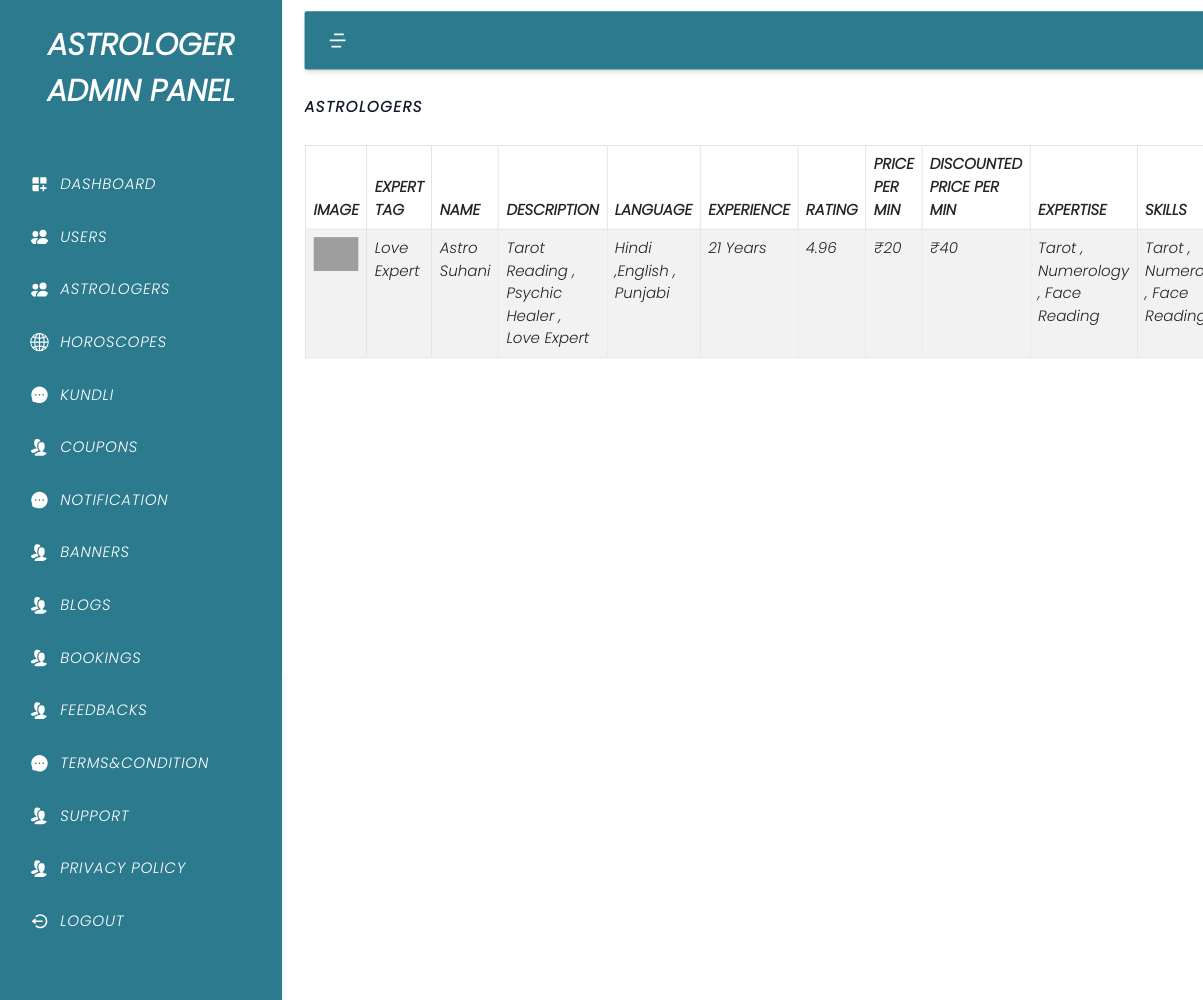
Repository: FlyweisReact/Hariom-Admin-Panel
Page: /astro
The author's editor kept a copy of each file at every save. The page is drawn from the files as they stood at one save, then again after a run of saves.
The browser window is 1280 px wide. The pictures show the whole page, at 94% of full size.
Pictures or frames that could not be fetched are drawn as grey boxes. Some web libraries are served in a nearby version. The project was rebuilt for these pictures with package versions that can differ from the ones it lists, and the page was loaded fresh each time. Also part of the build but not shown: src/vendorPanel/forms/VendorLogin.jsx, src/vendorPanel/pages/AdminDiscount.js, src/vendorPanel/pages/AdminReview.js, src/vendorPanel/pages/Banners.js, src/vendorPanel/pages/Booking.js, src/vendorPanel/pages/Horoscope.js, src/vendorPanel/pages/Kundli.js, src/vendorPanel/pages/Message.js and 23 more.

Above is the page before, as saved 2023-04-18 12:43:34.

### public/index.html
<!-- @format -->

<!DOCTYPE html>
<html lang="en">
  <head>
    <meta charset="utf-8" />
    <meta name="viewport" content="width=device-width, initial-scale=1" />
    <meta name="theme-color" content="#000000" />
    <meta
      name="description"
      content="Web site created using create-react-app"
    />
    <link rel="apple-touch-icon" href="%PUBLIC_URL%/favicon.ico?v=2" />
    <link rel="manifest" href="%PUBLIC_URL%/manifest.json" />
    <link rel="preconnect" href="https://fonts.googleapis.com">
<link rel="preconnect" href="https://fonts.gstatic.com" crossorigin>
<link href="https://fonts.googleapis.com/css2?family=Roboto+Mono:ital,wght@1,300&display=swap" rel="stylesheet">
    <title>HariOm</title>
  </head>
  <body>
    <noscript>You need to enable JavaScript to run this app.</noscript>
    <div id="root"></div>
    <script src="https://code.jquery.com/jquery-3.6.0.min.js"></script>
    <script src="https://kit.fontawesome.com/b533b351e4.js" crossorigin="anonymous"></script>
  </body>
</html>

### src/index.js
import React from "react";
import ReactDOM from "react-dom/client";
import "./index.css";
import App from "./App";
import { BrowserRouter } from "react-router-dom";
import 'bootstrap/dist/css/bootstrap.min.css'

const root = ReactDOM.createRoot(document.getElementById("root"));
root.render(
  <React.StrictMode>
    <BrowserRouter>
      <App />
    </BrowserRouter>
  </React.StrictMode>
);

### src/index.css
/** @format */

@tailwind base;
@tailwind components;
@tailwind utilities;
@import url("https://fonts.googleapis.com/css2?family=Roboto+Mono:ital,wght@1,300&display=swap");
@font-face {
  font-family: Roboto;
  src: url("./Fonts/Poppins-LightItalic.ttf");
}
body {
  margin: 0;
  font-family: Roboto !important;
  -webkit-font-smoothing: antialiased;
  -moz-osx-font-smoothing: grayscale;
}

code {
  font-family: Roboto !important;
}

html {
  font-family: Roboto !important;
}

::-webkit-scrollbar {
  width: 10px;
}
.fa-trash {
  color: red;
  cursor: pointer;
}

.iCOn {

  transition: 0.5s;
  box-shadow: none;
  transform: scale(1);
}
.cardDiv{
  cursor: pointer;
}

.cardDiv:hover .iCOn{
  box-shadow: rgba(0, 0, 0, 0.35) 0px 5px 15px;
  transform: scale(1.3);
}

/* Track */
::-webkit-scrollbar-track {
  background: #f1f1f1;
}

/* Handle */
::-webkit-scrollbar-thumb {
  background: #888;
}

/* Handle on hover */
::-webkit-scrollbar-thumb:hover {
  background: #555;
}
.profileImage {
  width: 100px;
}
.fa-eye {
  color: #029aff;
  cursor: pointer;
}
.fa-edit {
  cursor: pointer;
  color: blue;
}

.View {
  border: 1px solid black;
  width: 100%;
  padding: 10px;
}

.main-card--container {
  display: grid;
  grid-template-columns: repeat(3, minmax(300px, 500px));
  grid-gap: 50px;
  justify-content: space-around;
}
.card-container {
  margin: 25px 0 auto;
  box-shadow: rgba(0, 0, 0, 0.35) 0px 5px 15px;
  position: relative;
  display: grid;
  grid-template-columns: 1fr;
  justify-content: space-around;
  align-items: flex-start;
}

.myEdit:focus {
  box-shadow: rgba(0, 0, 0, 0.35) 0px 5px 15px;
}



.AstroLogin{
  color: #fff;
  background-color: #2b7a8e;
  padding: 10px;
  width: 380px;
  text-align: center;
  font-size: 20px;
  background: linear-gradient(to left, #2b7a8e 50%, #fff 50%) right;
  background-size: 200%;
  transition: 0.5s ease-out;
  border: 1px solid #2b7a8e;
  margin-top: 10px;
  text-transform: uppercase;
}
.AstroLogin:hover {
  background-position: left;
  color: #2b7a8e;
}

.EcommerceAdminLogin{
  color: #fff;
  background-color: #19376d ;
  padding: 10px;
  width: 380px;
  text-align: center;
  font-size: 20px;
  background: linear-gradient(to left, #19376d 50%, #fff 50%) right;
  background-size: 200%;
  transition: 0.5s ease-out;
  border: 1px solid #19376d;
  margin-top: 10px;
  text-transform: uppercase;
}

.EcommerceAdminLogin:hover{
  background-position: left;
  color: #19376d;
}
.EcommerceVendorLogin{
  color: #fff;
  background-color: #576cbc;
  padding: 10px;
  width: 380px;
  text-align: center;
  font-size: 20px;
  background: linear-gradient(to left, #576cbc 50%, #fff 50%) right;
  background-size: 200%;
  transition: 0.5s ease-out;
  border: 1px solid #576cbc;
  margin-top: 10px;
  text-transform: uppercase;
}

.EcommerceVendorLogin:hover{
  background-position: left;
  color: #576cbc;
}

### src/vendorPanel/pages/Astrologers.js
/** @format */

import React, { useState } from "react";
import HOC from "../layout/HOC";
import { Table, Modal, Form, Button, Container } from "react-bootstrap";

const Astrologers = () => {
  const [modalShow, setModalShow] = React.useState(false);
  const [viewModal, setViewModal] = useState(false);

  // Add Astrologer
  function MyVerticallyCenteredModal(props) {
    return (
      <Modal
        {...props}
        size="lg"
        aria-labelledby="contained-modal-title-vcenter"
        centered
      >
        <Modal.Header closeButton>
          <Modal.Title id="contained-modal-title-vcenter" style={{textTransform : 'uppercase'}}>
            Add Astrologer
          </Modal.Title>
        </Modal.Header>
        <Modal.Body>
          <Form>
            <Form.Group className="mb-3">
              <Form.Label>Image</Form.Label>
              <Form.Control type="text" required />
            </Form.Group>
            <Form.Group className="mb-3">
              <Form.Label>Expert Tag</Form.Label>
              <Form.Control type="text" required />
            </Form.Group>
            <Form.Group className="mb-3">
              <Form.Label>Name</Form.Label>
              <Form.Control type="text" required />
            </Form.Group>
            <Form.Group className="mb-3">
              <Form.Label>Description</Form.Label>
              <Form.Control type="text" required />
            </Form.Group>
            <Form.Group className="mb-3">
              <Form.Label>Language</Form.Label>
              <Form.Control type="text" required />
            </Form.Group>
            <Form.Group className="mb-3">
              <Form.Label>Experience</Form.Label>
              <Form.Control type="text" required />
            </Form.Group>
            <Form.Group className="mb-3">
              <Form.Label>Rating</Form.Label>
              <Form.Control type="text" required />
            </Form.Group>
            <Form.Group className="mb-3">
              <Form.Label>Price per min</Form.Label>
              <Form.Control type="text" required />
            </Form.Group>
            <Form.Group className="mb-3">
              <Form.Label>Discounted Price per min</Form.Label>
              <Form.Control type="text" required />
            </Form.Group>
            <Form.Group className="mb-3">
              <Form.Label>Expertise</Form.Label>
              <Form.Control type="text" required />
            </Form.Group>
            <Form.Group className="mb-3">
              <Form.Label>Skills</Form.Label>
              <Form.Control type="text" required />
            </Form.Group>
            <Form.Group className="mb-3">
              <Form.Label>Min. of consultation</Form.Label>
              <Form.Control type="text" required />
            </Form.Group>
            <Form.Group className="mb-3">
              <Form.Label>About</Form.Label>
              <Form.Control type="text" required />
            </Form.Group>
            <Button variant="outline-success" type="submit">
              Submit
            </Button>
          </Form>
        </Modal.Body>
      </Modal>
    );
  }

  // View Astrolger
  function ViewModal(props) {
    return (
      <Modal
        {...props}
        size="lg"
        aria-labelledby="contained-modal-title-vcenter"
        centered
      >
        <Modal.Header closeButton>
          <Modal.Title id="contained-modal-title-vcenter" style={{textTransform : 'uppercase'}}>
            View Astrologer
          </Modal.Title>
        </Modal.Header>
        <Modal.Body>
          <Container>
            <p className="View">
              {" "}
              <strong>Name </strong> : Demo{" "}
            </p>
            <p className="View">
              {" "}
              <strong> Expert Tag </strong> : Demo{" "}
            </p>
            <p className="View">
              {" "}
              <strong> Description </strong> : Lorem Ipsum is simply dummy text
              of the printing and typesetting industry. Lorem Ipsum has been the
              industry'sstandard dummy text ever since the 1500s, when an
              unknown printer took a galley of type and scrambled it to make a
              type{" "}
            </p>
            <p className="View">
              {" "}
              <strong> Language </strong> : Demo{" "}
            </p>
            <p className="View">
              {" "}
              <strong> Experience</strong> : Demo{" "}
            </p>
            <p className="View">
              {" "}
              <strong> Rating</strong> : Demo{" "}
            </p>
            <p className="View">
              {" "}
              <strong> Price per min </strong> : Demo{" "}
            </p>
            <p className="View">
              {" "}
              <strong>Discounted Price per min</strong> : Demo{" "}
            </p>
            <p className="View">
              {" "}
              <strong> Expertise </strong> : Demo{" "}
            </p>
            <p className="View">
              {" "}
              <strong> Skills </strong> : Demo{" "}
            </p>
            <p className="View">
              {" "}
              <strong> Min. of consultation </strong> : Demo{" "}
            </p>
            <p className="View">
              {" "}
              <strong> About</strong> : Demo{" "}
            </p>
          </Container>
        </Modal.Body>
      </Modal>
    );
  }

  const Lorem =
    "Lorem Ipsum is simply dummy text of the printing and typesetting industry. Lorem Ipsum has been the industry'sstandard dummy text ever since the 1500s, when an unknown printer took a galley of type and scrambled it to make a type";

  return (
    <>
      <MyVerticallyCenteredModal
        show={modalShow}
        onHide={() => setModalShow(false)}
      />
      <ViewModal show={viewModal} onHide={() => setViewModal(false)} />

      <section>
        <div className="pb-4 sticky top-0  w-full flex justify-between items-center bg-white">
          <span className="tracking-widest text-slate-900 font-semibold uppercase ">
            Astrologers
          </span>
          <button
            onClick={() => {
              setModalShow(true);
            }}
            className="md:py-2 px-3 md:px-4 py-1 rounded-sm bg-[rgb(241,146,46)] text-white tracking-wider"
            style={{ textTransform: "uppercase" }}
          >
            Add Astrologers
          </button>
        </div>

        <div className="wcomp overflow-x-auto">
          <Table striped bordered hover>
            <thead>
              <tr style={{ textTransform: "uppercase" }}>
                <th>Image</th>
                <th>Expert Tag</th>
                <th>Name</th>
                <th>Description</th>
                <th>Language</th>
                <th>Experience</th>
                <th>Rating</th>
                <th>Price per min</th>
                <th>Discounted Price per min</th>
                <th>Expertise</th>
                <th>Skills</th>
                <th>Min. of consultation</th>
                <th>About</th>
                <th>Actions</th>
              </tr>
            </thead>
            <tbody>
              <tr>
                <td>
                  <img
                    src="https://images.pexels.com/photos/7675017/pexels-photo-7675017.jpeg?cs=srgb&dl=pexels-pavel-danilyuk-7675017.jpg&fm=jpg"
                    alt=""
                    className="profileImage"
                  />
                </td>
                <td>Love Expert</td>
                <td>Astro Suhani</td>
                <td>Tarot Reading , Psychic Healer , Love Expert</td>
                <td>Hindi ,English , Punjabi</td>
                <td>21 Years</td>
                <td>4.96</td>
                <td>₹20</td>
                <td>₹40</td>
                <td>Tarot , Numerology , Face Reading</td>
                <td>Tarot , Numerology , Face Reading</td>
                <td>66565646</td>
                <td>Commission</td>
                <td>{Lorem.substring(0, 30) + "..."}</td>
                <td>
                  <span className="d-flex gap-2">
                    <i className="fa-solid fa-trash" />
                    <i
                      className="fa-sharp fa-solid fa-eye"
                      onClick={() => setViewModal(true)}
                    ></i>
                  </span>
                </td>
              </tr>
            </tbody>
          </Table>
        </div>
      </section>
    </>
  );
};

export default HOC(Astrologers);

### src/vendorPanel/layout/HOC.jsx
import React, { useState } from "react";
import Navbar from "./Navbar";
import Sidebar from "./Sidebar";

const HOC = (Wcomponenet) => {
  return function Component() {
    const [hamb, setHamb] = useState(false);
    return (
      <>
        <section className="flex overflow-x-hidden relative">
          {/* Sidebar */}
          <div
            className={
              hamb
                ? " absolute top-0 z-30 md:w-auto shadow-md bg-slate-200  w-60 transition-all md:-left-full left duration-150  h-auto overflow-y-auto  left-0 "
                : " md:w-72 z-30 bg-slate-200  shadow-md  md:static absolute top-0 -left-full   transition-all duration-150  overflow-y-auto h-auto"
            }
            style={{minWidth : '300px'}}
          >
            <Sidebar hamb={hamb} setHamb={setHamb} />
          </div>
          {/* Components & Navbar */}
          <div
            className={
              hamb
                ? " transition-all px-4 py-2  bg-white duration-150 w-full h-screen"
                : " w-full h-screen  px-4 py-2  bg-white z-50 transition-all duration-150 "
            }
          >
            <Navbar hamb={hamb} setHamb={setHamb} />
            <div className="my-6 text-#000 h-[87%] wcomp overflow-y-auto">
              <Wcomponenet />
            </div>
          </div>
        </section>
      </>
    );
  };
};

export default HOC;

### src/vendorPanel/layout/Navbar.jsx
/** @format */

import { RiMenu4Line } from "react-icons/ri";
import { CgProfile } from "react-icons/cg";
import Form from "react-bootstrap/Form";
import { useState } from "react";
import Button from "react-bootstrap/Button";
import Modal from "react-bootstrap/Modal";
import Container from "react-bootstrap/Container";

function MyVerticallyCenteredModal(props) {
  return (
    <Modal
      {...props}
      size="lg"
      aria-labelledby="contained-modal-title-vcenter"
      centered
    >
      <Modal.Header closeButton>
        <Modal.Title id="contained-modal-title-vcenter">
          Edit Profile
        </Modal.Title>
      </Modal.Header>
      <Modal.Body>
        <Container style={{ width: "600px" }}>
          <Form>
            <Form.Group className="mb-3" controlId="formBasicEmail">
              <Form.Label>Name</Form.Label>
              <Form.Control type="text" placeholder="Admin" />
            </Form.Group>
            <Form.Group className="mb-3" controlId="formBasicPassword">
              <Form.Label>Email Address</Form.Label>
              <Form.Control type="email" placeholder="admin@gmail.com" />
            </Form.Group>
            <Form.Group className="mb-3" controlId="formBasicPassword">
              <Form.Label>Password</Form.Label>
              <Form.Control type="password" placeholder="Password" />
            </Form.Group>
            <Button variant="outline-success" type="submit">
              Edit
            </Button>
          </Form>
        </Container>
      </Modal.Body>
    </Modal>
  );
}

const Navbar = ({ hamb, setHamb }) => {
  const [modalShow, setModalShow] = useState(false);

  return (
    <>
      <MyVerticallyCenteredModal
        show={modalShow}
        onHide={() => setModalShow(false)}
      />

      <div
        className={
          hamb
            ? "flex  w-full justify-between  my-1 rounded-sm  p-4 py-3 shadow-md items-center  bg-slate-200 space-x-4"
            : "flex  w-full justify-between my-1 rounded-sm  p-4 py-3 shadow-md items-center  bg-slate-200 space-x-4"
        }
        style={{backgroundColor : '#2b7a8e'}}
      >
        <RiMenu4Line
          onClick={() => setHamb(!hamb)}
          className="text-2xl font-bold text-gray-900 hover:scale-90 cursor-pointer"
          style={{color : '#fff'}}
        />

        <section className="flex sm:ml-auto justify-end sm:w-full items-center space-x-2  pr-2">
          <figcaption className="tracking-wider pl-1 font-semibold">
            <div className="lg:text-base text-sm text-gray-900  uppercase"    style={{color : '#fff'}}>
              Welcome
            </div>
          </figcaption>
        </section>

        <CgProfile
          onClick={() => setModalShow(true)}
          className="text-2xl sm:text-3xl font-bold text-[rgb(241,146,46)] cursor-pointer"
          style={{color : '#fff'}}
        />
      </div>
    </>
  );
};

export default Navbar;

### src/vendorPanel/layout/Sidebar.jsx
/** @format */

import React from "react";
import { RiCloseLine } from "react-icons/ri";
import { Link, useNavigate } from "react-router-dom";
import { BsFillPeopleFill } from "react-icons/bs";
import { ImUsers } from "react-icons/im";
import { BiLogOutCircle } from "react-icons/bi";
import { MdDashboardCustomize } from "react-icons/md";
import { BsGlobe2 } from "react-icons/bs";
import { AiFillMessage } from "react-icons/ai";

const Sidebar = ({ hamb, setHamb }) => {
  const navigate = useNavigate();

  const nav = [
    {
      icon: <MdDashboardCustomize className="text-xl mr-3 rounded-full " />,
      link: "/vendorDashboard",
      name: "DASHBOARD",
    },
    {
      icon: <BsFillPeopleFill className="text-xl mr-3 rounded-full " />,
      link: "/admin/users",
      name: "USERS",
    },
    {
      icon: <BsFillPeopleFill className="text-xl mr-3 rounded-full " />,
      link: "/astro",
      name: "ASTROLOGERS",
    },
    {
      icon: <BsGlobe2 className="text-xl mr-3 rounded-full " />,
      link: "/horo",
      name: " HOROSCOPES",
    },
    {
      icon: <AiFillMessage className="text-xl mr-3 rounded-full " />,
      link: "/kundli",
      name: "KUNDLI",
    },

    {
      icon: <ImUsers className="text-xl mr-3 rounded-full " />,
      link: "/AdminDiscount",
      name: "COUPONS",
    },


    {
      icon: <AiFillMessage className="text-xl mr-3 rounded-full " />,
      link: "/msg",
      name: "NOTIFICATION",
    },
    {
      icon: <ImUsers className="text-xl mr-3 rounded-full " />,
      link: "/Banners",
      name: "BANNERS",
    },
    {
      icon: <ImUsers className="text-xl mr-3 rounded-full " />,
      link: "/admin/blogs",
      name: "BLOGS",
    },
    {
      icon: <ImUsers className="text-xl mr-3 rounded-full " />,
      link: "/book",
      name: "BOOKINGS",
    },
    {
      icon: <ImUsers className="text-xl mr-3 rounded-full " />,
      link: "/adminReviews",
      name: "FEEDBACKS",
    },
    {
      icon: <AiFillMessage className="text-xl mr-3 rounded-full " />,
      link: "/admin/terms",
      name: "TERMS&CONDITION",
    },
    {
      icon: <ImUsers className="text-xl mr-3 rounded-full " />,
      link: "/admin/support",
      name: "SUPPORT",
    },
    {
      icon: <ImUsers className="text-xl mr-3 rounded-full " />,
      link: "/privacy-policy",
      name: "PRIVACY POLICY",
    },

  ];

  const logOut = () => {
    navigate("/");
  };

  return (
    <>
      <aside
        className="p-4 h-auto"
        style={{ backgroundColor: "#2b7a8e", minHeight: "100vh" }}
      >
        {/* Top */}
        <div className="w-full md:hidden relative  p-2 mb-4">
          <RiCloseLine
            onClick={() => setHamb(!hamb)}
            className="text-3xl  absolute top-2 sm:hover:rotate-[228deg] transition-transform font-bold right-2 sm:hover:text-[22px] text-[rgb(241,146,46)] cursor-pointer"
          />
        </div>{" "}
        <figure className="flex  flex-col items-center">
          <span className="font-bold text-[#fff]" style={{ fontSize: "2rem"  , textAlign : 'center'}}>
          ASTROLOGER  ADMIN PANEL
          </span>
        </figure>
        <nav className="py-6">
          {nav.map((nav) => {
            return (
              <Link
                to={nav.link}
                key={nav.name}
                className=""
                style={{ textDecoration: "none" }}
              >
                <span
                  className="flex my-3 items-center cursor-pointer text-gray-900    tracking-wider p-2 rounded-sm"
                  style={{ color: "#fff" }}
                >
                  {nav.icon} {nav.name}
                </span>
              </Link>
            );
          })}
          <span
            className="flex my-3 items-center cursor-pointer text-gray-900    tracking-wider p-2 rounded-sm"
            onClick={() => logOut()}
            style={{ color: "#fff", textTransform : 'uppercase' }}
          >
            <BiLogOutCircle className="text-xl mr-3 rounded-full " /> LogOut
          </span>
        </nav>
      </aside>
    </>
  );
};

export default Sidebar;

Loaded but not shown: tailwind.config.js (common file); src/App.js (79 lines, source omitted)

After the next 2 saves:
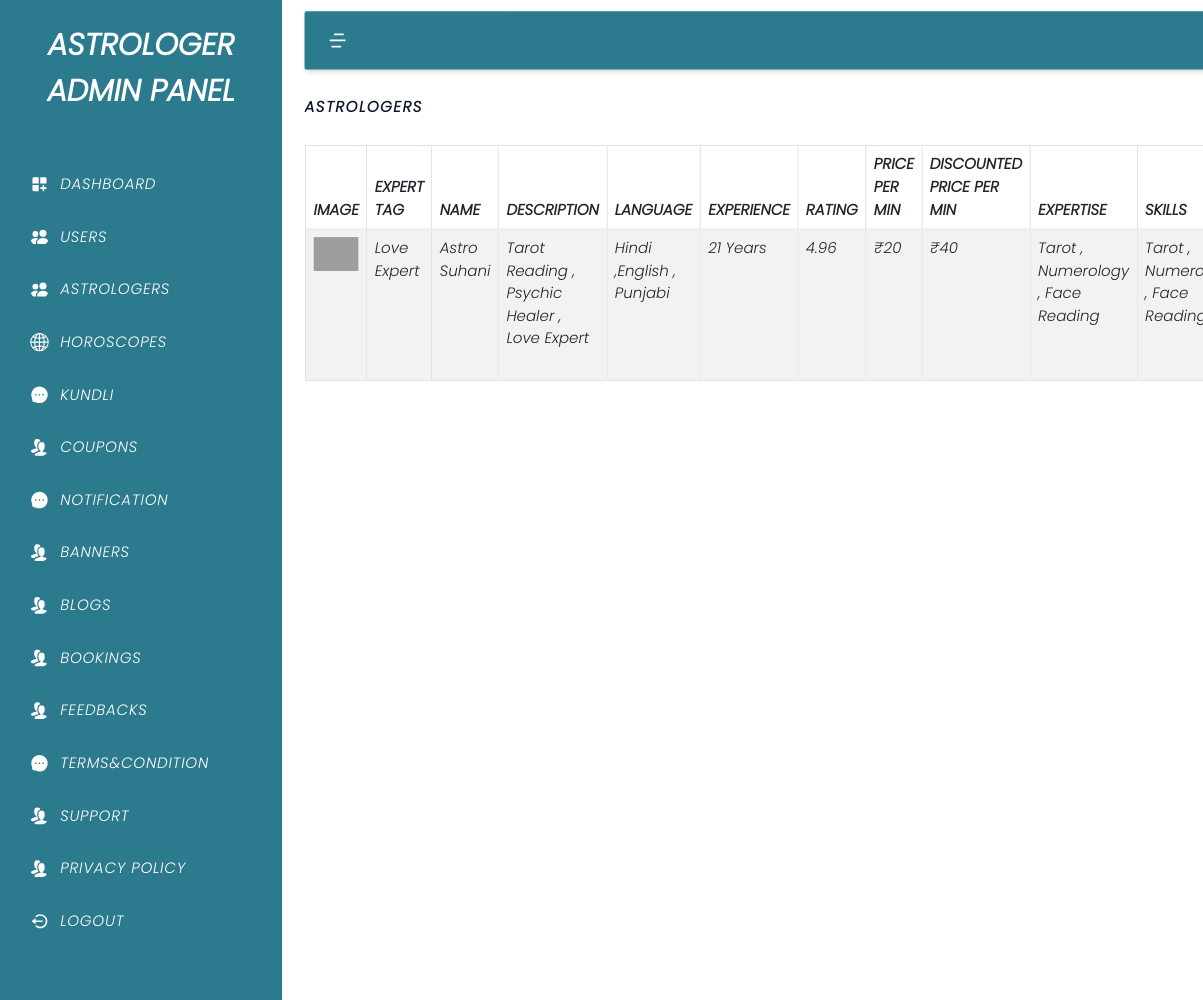
The 2 saves are shown as one change because they came seconds apart.
The last was saved 17 s later.
--- a/src/vendorPanel/pages/Astrologers.js
+++ b/src/vendorPanel/pages/Astrologers.js
@@ -202,6 +202,7 @@ const Astrologers = () => {
                 <th>Expertise</th>
                 <th>Skills</th>
                 <th>Min. of consultation</th>
+                <td>Commission</td>
                 <th>About</th>
                 <th>Actions</th>
               </tr>
